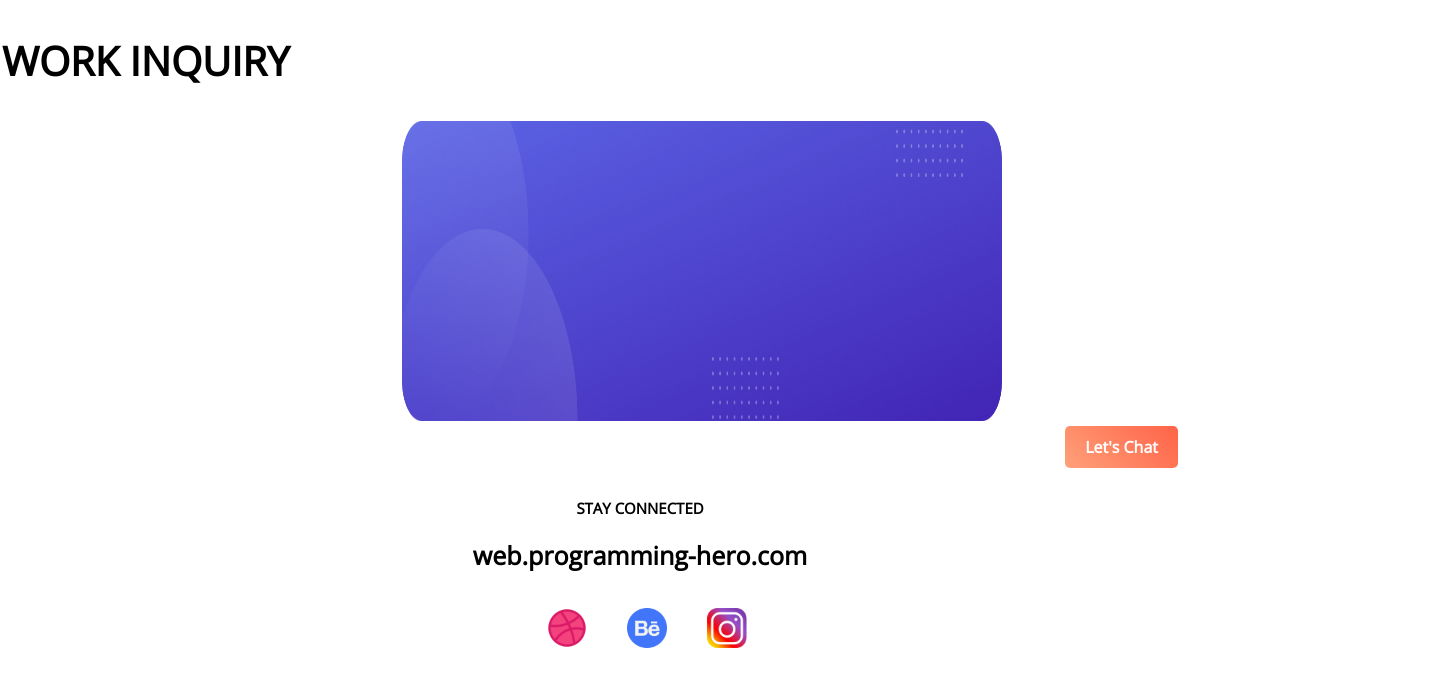
Repository: sabbircse3/personal-website
Page: index.html
The author's editor kept a copy of each file at every save. The page is drawn from the files as they stood at one save, then again after a run of saves.
The browser window is 1280 px wide. The page is 1442 px wide, so the pictures cover 1442 px, including what lies to the right of the window. The pictures show the part of the page from y = 2386 to 3069 px (the page is 3069 px tall).

Above is the page before, as saved 2021-01-06 03:56:31.

### index.html
<!DOCTYPE html>
<html lang="en">
<head>
    <title>personal-website</title>
    <link rel="preconnect" href="https://fonts.gstatic.com">
    <link href="https://fonts.googleapis.com/css2?family=Open+Sans&display=swap" rel="stylesheet">
    <link rel="stylesheet" href="style.css">
</head>
<body>

        <div class="menu-1">
            <ul id="menu">
                <li><a href="#">Contact</a></li>
                <li><a href="#">Protfolio</a></li>
                <li><a href="#">Work</a></li>
                <li><a href="#">About</a></li>
            </ul>
        </div>


    <section class="top-banner ">
        <div class="half-width">
            <h1>HELLO, I'M <br> <span class="name-highlight">SABBIR HASAN</span></h1>
            <p>A full stack allaround designer that placerat in massa consectetur</p>
            <a class="link-button" target="_blank" href="https://www.linkedin.com/company/programminghero/">HIRE ME</a>
        </div>

        <div class="half-width">
            <img src="images/sabbir1.png" alt="">
        </div>
    </section>

    <section class="about ">
        <div class="half-width">
            <img src="images/sabbir1.png" alt="">
        </div>

        <div class="half-width">
            <h2> ABOUT</h2>
            <p>Lorem Ipsum is simply dummy text of the printing and typesetting industry. Lorem Ipsum has been the industry's standard dummy text ever since the 1500s, when an unknown printer took a galley of type and scrambled it to make a type specimen book.</p>
            <a class="link-button" target="_blank" href="https://www.linkedin.com/company/programminghero/">Download CV</a>
        </div>

    </section>

    <section class="experience-area">
        <h2 id="head-center"><span class="name-highlight">LASTET</span> WORKING PROJECT</h2>
        <div id="first-project" class="half-width single-experience">
            <img  src="images/image 4.png" alt="" class="center">
            <h3>Power-x-gym (gym website)</h3>
            <p>Lorem Ipsum is simply dummy text of the printing and typesetting industry.</p>

        </div>

        <div id="next-project" class="half-width single-experience">
            <img src="images/image 5.png" alt="" class="center">
            <h3>Creative Agency</h3>
            <p>Lorem Ipsum is simply dummy text of the printing and typesetting industry.</p>

        </div>

        <div id="next-project" class="half-width single-experience">
            <img src="images/image 8.png" alt="" class="center">
            <h3>Hard Rock Music</h3>
            <p>Lorem Ipsum is simply dummy text of the printing and typesetting industry.</p>

        </div>

    </section>



    <section class="education">
        <h1> <span class="name-highlight">EDU</span>CATION</h1>
        <div id="bachelor" class="half-width single-experience">
            <h3>Bachelor of Science in Computer Science</h3>
            <h3 class="blue-highlight">Khwaja Yunus Ali University</h3>
            <h3 class="orange-highlight">2016-2020</h3>
            <p>It is a reputaed private university in this country Bangladesh.</p>
        </div>

        <div id="others" class="half-width single-experience">
            <h3>Higher School Certificate</h3>
            <h3 class="blue-highlight">Bhagopara Shahid Dhanesh Uddin School and Collage</h3>
            <h4 class="orange-highlight">2014-2016</h4>
            <p>It is one of the best collage in our north said of country</p>
        </div>

		<div id="others" class="half-width single-experience">
            <h3>Secoundary School Certificate</h3>
            <h3 class="blue-highlight">Rajapur High School</h3>
            <h4 class="orange-highlight">2009-2014</h4>
            <p>This school is one of the best school in my native area where i was bron.</p>
        </div>

    </section>


    <section>
        <div class="lowest-banner">
            <h2>WORK INQUIRY </h2>
        </div>
        <div class="low-mid">
            <img src="images/Group_33094_1.png" width="600px" height="300px">
        </div>
        <div>
            <a class="chat-button" target="_blank" href="https://www.linkedin.com/company/programminghero/">Let's Chat</a>
        </div>

    </section>


    <footer>
        <h3>STAY CONNECTED</h3>
        <h2>web.programming-hero.com</h2>
        <div class="chat">
            <div class=" chat-experience">
                <img  src="images/image 6.png" alt="" class="center">
            </div>

            <div  class=" chat-experience">
                <img src="images/Group 33059.png" alt="" class="center">
            </div>

            <div  class=" chat-experience">
                <img src="images/image 7.png" alt="" class="center">
            </div>
        </div>

    </footer>




</body>
</html>

### style.css
body{
    font-family: 'Open Sans', sans-serif;
    margin: 2px;
    font-style: normal;
}
.menu-1{
	height: 90px;
}
#menu{
	list-style-type:none;
	width:900px;
	margin:10px auto;
}
#menu li{
	float:right;
}
#menu li a{
	color:black;
	text-decoration:none;
	padding:5px 10px;
}

h1{
    font-size: 50px;
}
h2{
    font-size: 40px;
}

.name-highlight{
    color: #FF8367;
}
.top-banner{

}
.half-width{
    width: 35%;
    float: left;
    margin-left: 5%;
    padding-left: 2%;
}
.half-width img{
    width: 100%;
}
section{
    height: 450px;
}
.link-button{
    text-decoration: none;
    background-image: linear-gradient(45deg, lightSalmon, tomato);
    padding: 10px 20px;
    border-radius: 5px;
    color: white;
    font-weight: 700;
}
#head-center{
    text-align: center;
    margin: 80px;
    padding: 50px;
}
.experience-area{
    background-color: #E5E5E5;
    background-position: left;
    width: 1440px;
    height: 814px;
}
.center {
    display: block;
    margin-left:-15px;
    margin-top: 15px;
    width: 50%;
  }
.orange-highlight{
    color: orange;
}
.single-experience{
    box-shadow: 0px 4px 4px rgba(0, 0, 0, 0.25);
    border-radius: 10px;
	height: 45%;
	width: 23%;
}
#first-project{
    background-color: white;
}
#next-project{
	background-color: white;
}

.education{
    background-image: url("images/exp-bg.png");
    background-repeat: no-repeat;
    background-position: left;
}
#bachelor{
    border-left: 7px solid;
    border-image: linear-gradient(180deg, lightSalmon, tomato);
    border-image-slice: 1;
    background-color: white;
    height: 55%;
	width: 25%;
}
#others{
    border-left: 7px solid;
    border-image: linear-gradient(180deg, blue, cyan);
    border-image-slice: 1;
    height: 55%;
	width: 25%;
}
.blue-highlight{
    color:rgba(0, 0, 139, 0.705);
}
.lowest-banner{


}
.low-mid{
    margin-left: 400px;
}
.chat-button{
    text-decoration: none;
    background-image: linear-gradient(45deg, lightSalmon, tomato);
    padding: 10px 20px;
    margin-right: 100px;
    border-radius: 5px;
    color: white;
    font-weight: 700;
    float: right;
}

footer h2{
    text-align: center;
    font-size: 25px;
}
footer h3{
    text-align: center;
    font-size: 15px;
}
.chat{
    margin-left: 560px;
}
.chat-experience{
	height: 90px;
    width: 80px;
    display: block;
    float:left;
}

After the next 2 saves:
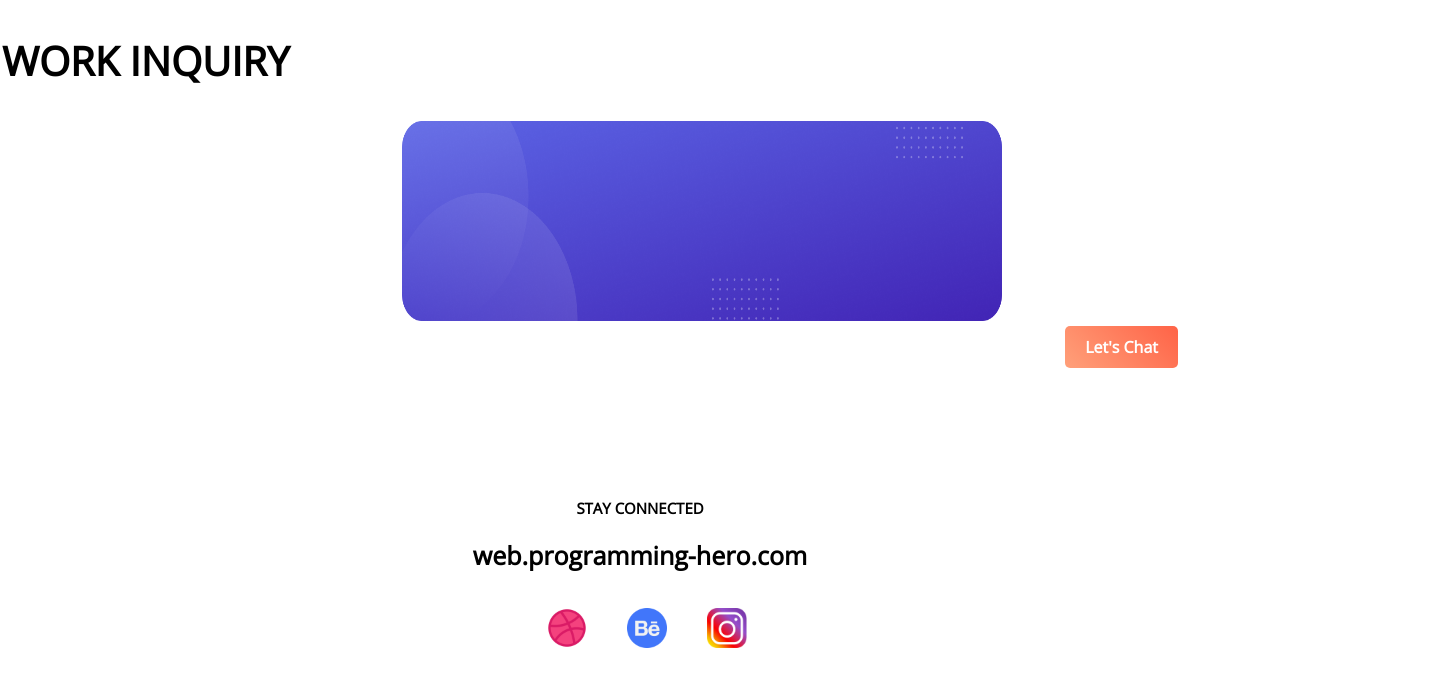
The 2 saves are shown as one change because they came seconds apart.
The last was saved 7 s later.
--- a/index.html
+++ b/index.html
@@ -101,7 +101,7 @@
             <h2>WORK INQUIRY </h2>
         </div>
         <div class="low-mid">
-            <img src="images/Group_33094_1.png" width="600px" height="300px">
+            <img src="images/Group_33094_1.png" width="600px" height="200px">
         </div>
         <div>
             <a class="chat-button" target="_blank" href="https://www.linkedin.com/company/programminghero/">Let's Chat</a>
